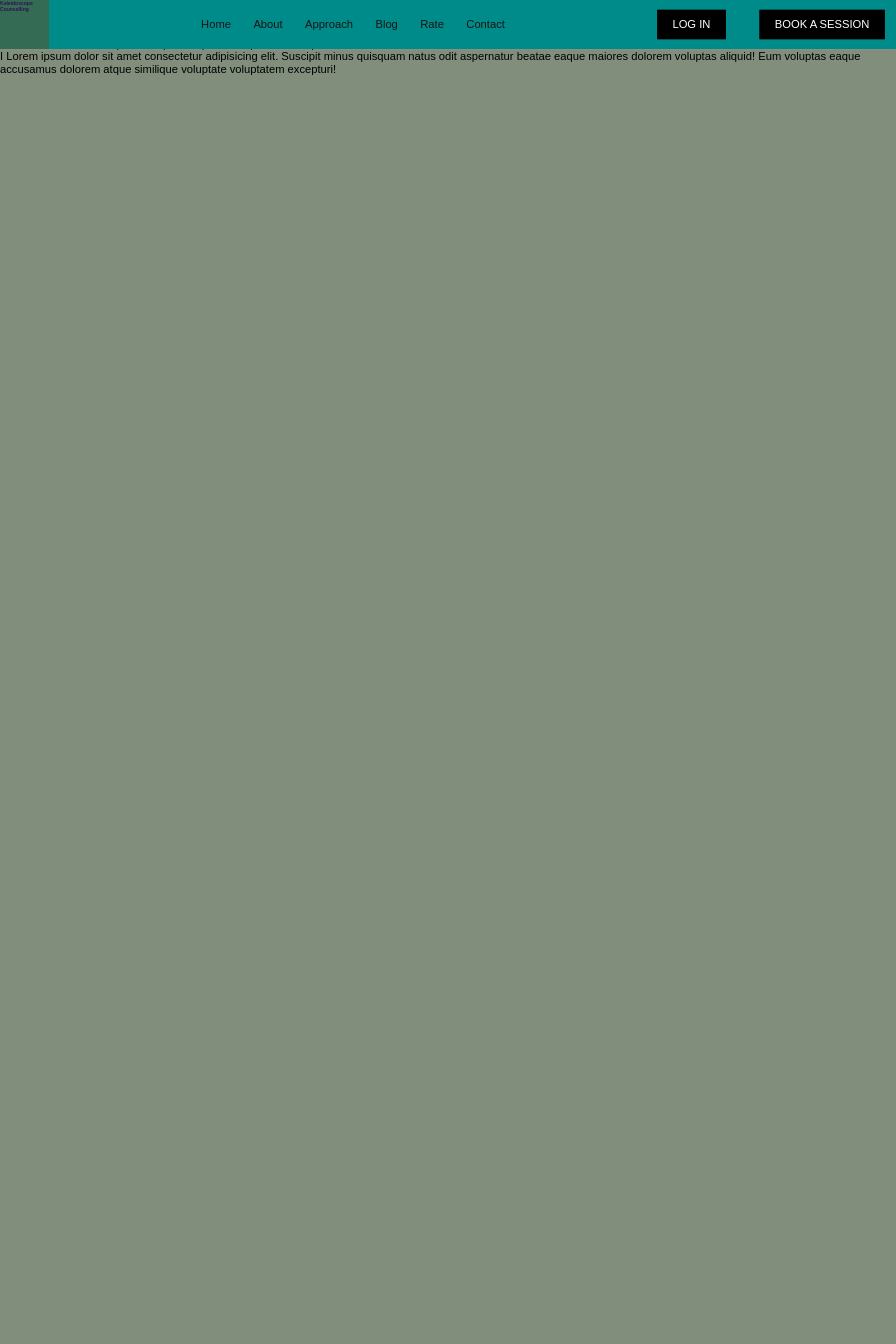
Repository: voutadi/ava-website
Page: index.html
An editor plug-in stored every save of this project. The page is shown before and after a run of saves, followed by the edit.
The browser window is 1280 px wide. The pictures show the part of the page from y = 0 to 1920 px (the page is 3000 px tall), at 70% of full size.

Above is the page before, as saved 2024-11-24 22:45:03.

### index.html
<!DOCTYPE html>
<html lang="en">
  <head>
    <meta charset="UTF-8" />
    <meta name="viewport" content="width=device-width, initial-scale=1.0" />
    <link rel="stylesheet" href="styles/style.css" />

    <title>Kaleidoscope Counselling</title>
  </head>
  <body>
    <div class="header">
      <div class="logo-container">
        <div class="logo">
          Kaleidoscope <br />
          Counselling
        </div>
      </div>
      <div class="navbar">
        <ul>
          <li><a href="#home">Home</a></li>
          <li>
            <a
              href="https://www.psychologytoday.com/ca/therapists/ava-outadi-port-moody-bc/1111563"
              target="_blank"
              >About</a
            >
          </li>
          <li><a href="#approach">Approach</a></li>
          <li><a href="#blog">Blog</a></li>
          <li><a href="#rate">Rate</a></li>
          <li><a href="#contact">Contact</a></li>
        </ul>
      </div>
      <div class="appointment">
        <button class="login">LOG IN</button>
        <button class="book-session">BOOK A SESSION</button>
      </div>
    </div>

    <p>
      I Lorem ipsum dolor sit amet consectetur adipisicing elit. Suscipit minus
      quisquam natus odit aspernatur beatae eaque maiores dolorem voluptas
      aliquid! Eum voluptas eaque accusamus dolorem atque similique voluptate
      voluptatem excepturi!
    </p>
    <p>
      I Lorem ipsum dolor sit amet consectetur adipisicing elit. Suscipit minus
      quisquam natus odit aspernatur beatae eaque maiores dolorem voluptas
      aliquid! Eum voluptas eaque accusamus dolorem atque similique voluptate
      voluptatem excepturi!
    </p>
    <p>
      I Lorem ipsum dolor sit amet consectetur adipisicing elit. Suscipit minus
      quisquam natus odit aspernatur beatae eaque maiores dolorem voluptas
      aliquid! Eum voluptas eaque accusamus dolorem atque similique voluptate
      voluptatem excepturi!
    </p>
  </body>
</html>

### styles/style.css
* {
  margin: 0;
  padding: 0;
  box-sizing: border-box;
}
body {
  background-color: rgb(129, 142, 124);

  height: 3000px;
  font-family: Arial, Helvetica, sans-serif;
  font-size: 1rem;
}
.header {
  max-width: 100%; /*Make sure Take all of her parent element(body)on all different devices .*/
  height: 70px;
  position: fixed;
  top: 0;
  left: 0;
  right: 0;
  background-color: rgb(0,139,139);

  display: flex;
  justify-content: space-between;
  align-items: center;

  box-shadow: 0 2px 4px rgba(243, 172, 172, 0.15); /* Adds a subtle shadow for depth, optional */
}
.logo-container {
  width: 70px; /* Put condition for smaller or biger divice*/

  background-color: rgb(51, 107, 85);
  height: 70px;
}
.logo {
  color: rgb(50, 21, 77);
  font-size: 0.45rem;
  font-weight: bold;
}

.navbar ul {
  display: flex;
  flex: 1;
  justify-content: center;
  list-style-type: none;
  flex-wrap: wrap;
}
.navbar li {
  display: flex;
  justify-content: center;
  margin: 1rem;
}
.navbar a {
  font-size: 1rem;
  color: rgb(25, 20, 20);
  font-weight: 500;

  text-decoration: none;
}
.navbar a:hover {
  background-color: rgb(192, 175, 175);
  padding: 2px 4px;
  border-radius: 6px;
  transition: 0.15s;
}

.navbar a:active {
  background-color: rgb(176, 163, 163);
}
.appointment{
  display: flex;
  flex-direction: row;
}
.login{
  background-color: black;
  color: rgb(255, 255, 255);
  font-size: 1rem;
  padding: 10px 20px;
  margin-right: 1rem;
  border-width: 2px;
  border-style: solid;

  cursor: pointer;

}

.book-session {

  background-color: black;
  color: rgb(255, 255, 255);
  font-size: 1rem;
  padding: 10px 20px;
  margin-right: 1rem;
  margin-left: 2rem;
  border-width: 2px;
  border-style: solid;

  cursor: pointer;
}

After the next 3 saves:
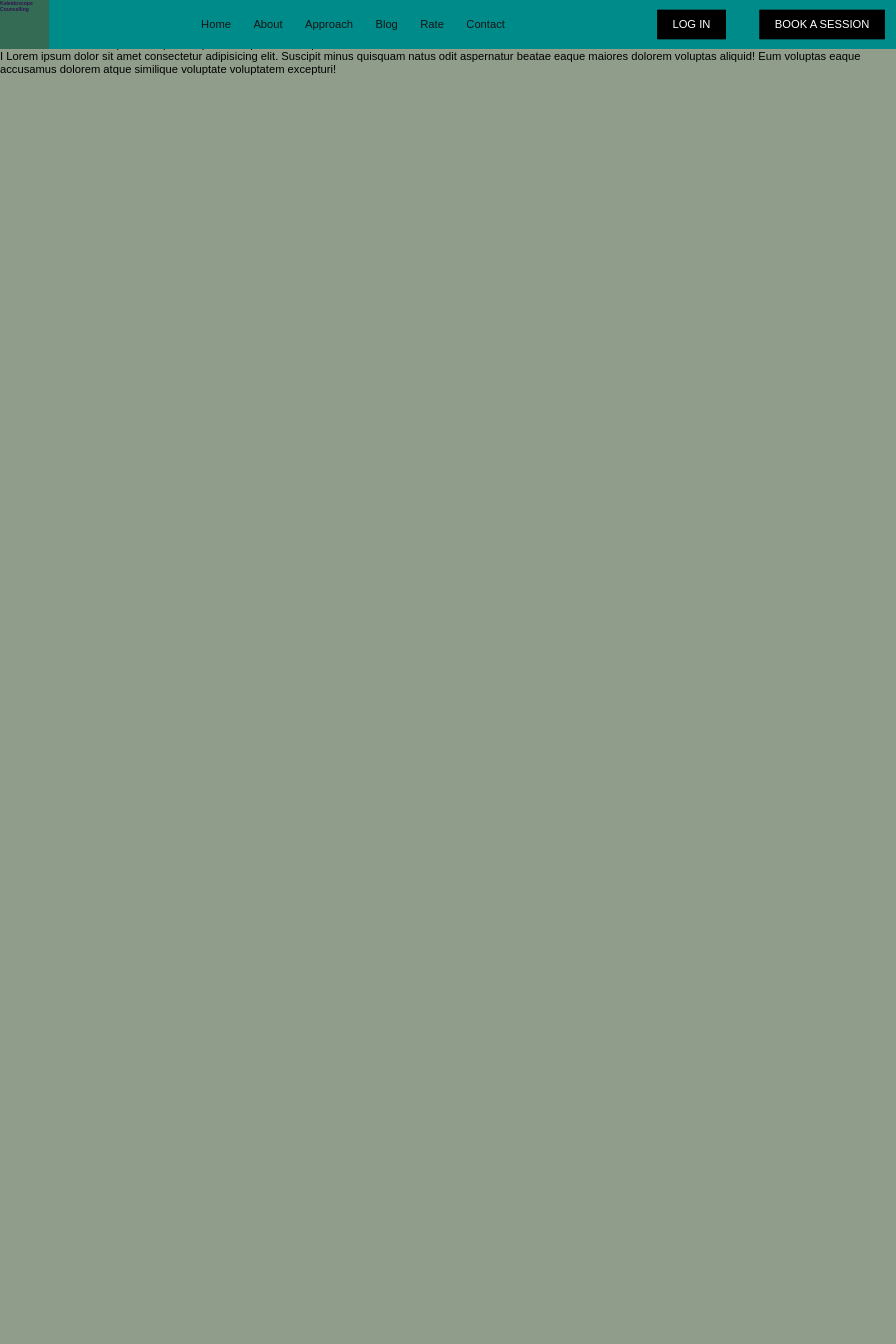
The 3 saves are shown as one change because they came seconds apart.
The last was saved 7 s later.
--- a/styles/style.css
+++ b/styles/style.css
@@ -4,7 +4,7 @@
   box-sizing: border-box;
 }
 body {
-  background-color: rgb(129, 142, 124);
+  background-color: rgb(143, 157, 138);
 
   height: 3000px;
   font-family: Arial, Helvetica, sans-serif;
